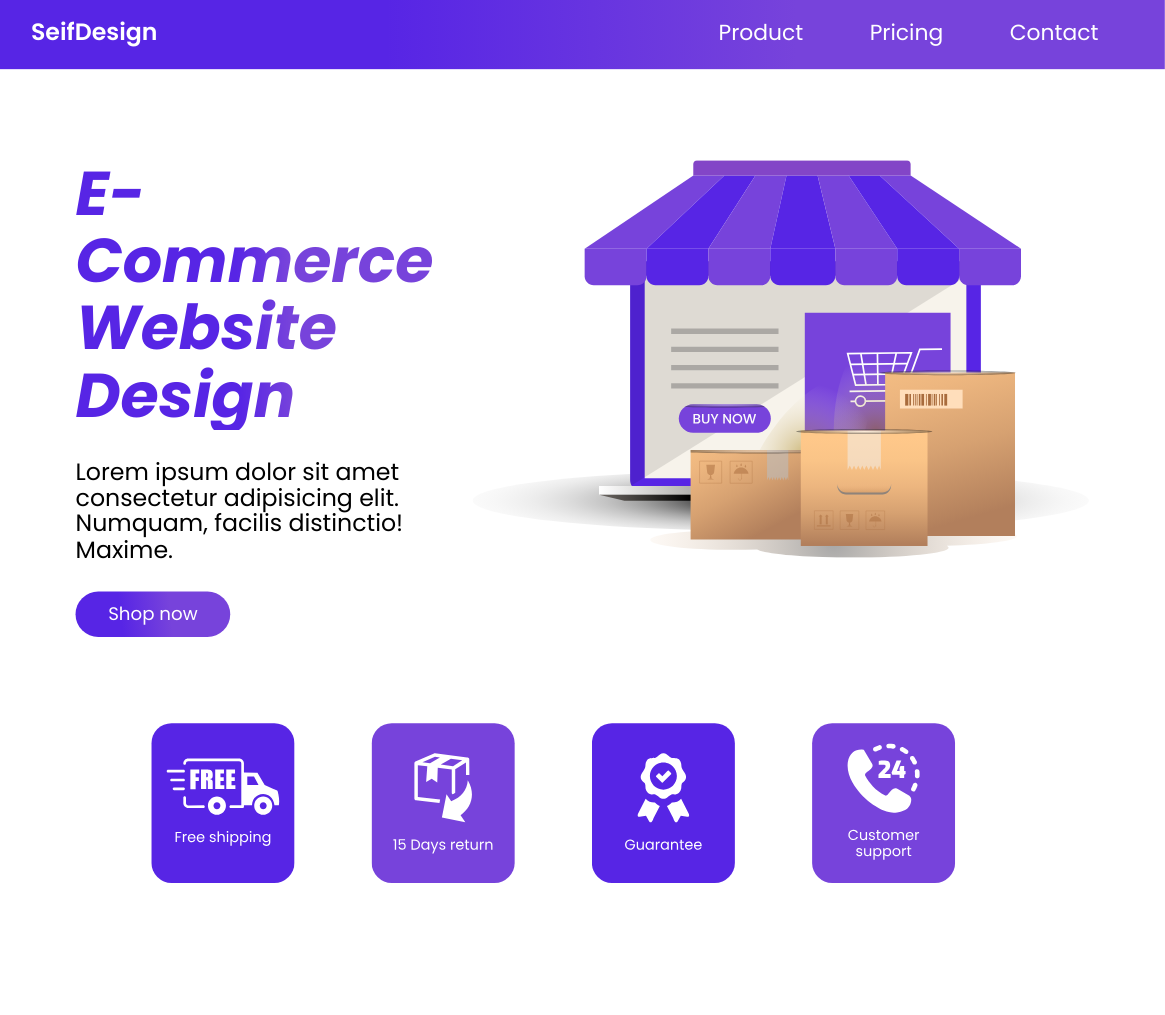
Repository: NatiqSamiyev/commers-desing-JS
Page: index.html
These files come from the project's save history. The page is drawn as it stood at one moment and after a run of saves; the edit follows.
The browser window is 1280 px wide. The pictures show the whole page, at 91% of full size.
Some web fonts or font styles are not loaded; a fallback is used.

Above is the page before, as saved 2023-11-06 12:04:06.

### index.html
<!DOCTYPE html>
<html lang="en">
  <head>
    <meta charset="UTF-8" />
    <meta name="viewport" content="width=device-width, initial-scale=1.0" />
    <title>Document</title>
    <link rel="stylesheet" href="index.css" />
  </head>
  <body>
    <div class="commerse-design-container">
      <div class="top-container">


        <nav>
          <h1>SeifDesign</h1>
          <ul>
            <li>
              <a href="#">Product</a>
            </li>
            <li>
              <a href="#">Pricing</a>
            </li>
            <li>
              <a href="#">Contact</a>
            </li>
          </ul>
          <button>
            <img src="./image/Frame 1.svg" alt="">
          </button>
        </nav>
<div class="menu-box">
  <a href="#"></a>
</div>

      </div>

      <main>
        <div class="image-container">
          <div class="box-1">
            <h2>E-Commerce Website Design</h2>
            <p>
              Lorem ipsum dolor sit amet consectetur adipisicing elit. Numquam,
              facilis distinctio! Maxime.
            </p>
            <button>
              <a href="#">Shop now</a>
            </button>
          </div>

          <div class="box-2">
            <img src="./image/Group.svg" alt="" />
          </div>
        </div>


        <div class="bottom-container">
          <div class="box-1">
            <img src="./image/Frame 12.svg" alt="" />
            <img src="./image/Frame 11.svg" alt="" />
          </div>
         <div class="box-2">
          <img src="./image/Frame 10.svg" alt="" />
          <img src="./image/Frame 13.svg" alt="" />
         </div>

        </div>
      </main>


  </body>
  <script src="./index.js"></script>
</html>

### index.css
@import url("https://fonts.googleapis.com/css2?family=Epilogue:wght@400;600;700;800;900&family=Inter:wght@400;500;600;700&family=Laila:wght@700&family=Open+Sans:wght@400;600;700;800&family=Poppins:ital,wght@0,400;0,500;0,600;0,700;1,700&family=Roboto+Slab:wght@700&family=Roboto:wght@400;700;900&display=swap");

* {
  margin: 0;
  padding: 0;
  box-sizing: border-box;
}

.commerse-design-container {
  width: 100%;
  padding: 0 0 33px 0;
  min-height: 100vh;
}

.top-container {
  width: 100%;
  padding: 16px 0 21px 34px;
  background: linear-gradient(270deg, #7743db 31.64%, #5725e5 66.78%);
}

.top-container h1 {
  color: #fff;
  font-family: Poppins;
  font-size: 26px;
  font-style: normal;
  font-weight: 600;
  line-height: normal;
}

.top-container nav {
  display: flex;
  justify-content: space-between;
  align-items: center;
}
.top-container nav button {
  background: none;
  border: none;
  display: none;
}

.top-container nav ul {
  display: flex;
}

.top-container nav ul li {
  margin-right: 73px;
  list-style-type: none;
}

.top-container nav ul li a {
  text-decoration: none;
  color: #fff;
  text-align: center;
  font-family: Poppins;
  font-size: 24px;
  font-style: normal;
  font-weight: 300;
  line-height: normal;
}

main {
  width: 100%;
  padding: 100px 83px;
}
main .image-container {
  margin-bottom: 83px;
  display: flex;
  justify-content: space-between;
}

.box-1 h2 {
  margin-bottom: 32px;
  font-family: Poppins;
  font-size: 68px;
  font-style: italic;
  font-weight: 700;
  line-height: 109%;
  background: linear-gradient(268deg, #7743db 46.2%, #5725e5 59.09%);
  background-clip: text;
  -webkit-background-clip: text;
  -webkit-text-fill-color: transparent;
}

.box-1 p {
  margin-bottom: 32px;
  color: #000;
  font-family: Poppins;
  font-size: 26px;
  font-style: normal;
  font-weight: 300;
  line-height: 109%;
}

.box-1 button {
  width: 170px;
  height: 50px;
  padding: 0px 24px;
  display: flex;
  justify-content: center;
  align-items: center;
  gap: 10px;
  border-radius: 25px;
  background: linear-gradient(263deg, #7743db 38.81%, #5725e5 70.24%);
  border: none;
}

.box-1 button a {
  text-decoration: none;
  color: #fff;
  font-family: Poppins;
  font-size: 20px;
  font-style: normal;
  font-weight: 400;
  line-height: 109%;
}

.box-2 img {
  width: 677.61px;
  height: 437.417px;
}

.bottom-container {
  display: flex;
  justify-content: center;
}

.bottom-container img {
  margin-right: 64px;
  width: 178px;
  height: 199px;
  padding: 10px;
  border-radius: 25px;
}
.bottom-container .box-1 {
  display: flex;
}

.bottom-container .box-2 {
  display: flex;
}
/* mobile design */

@media screen and (max-width: 768px) {
  .commerse-design-container {
    background-color: #ececec;
  }
.top-container{
  padding: 20px;
}
  .top-container h1 {
    font-size: 18px;

  }
  main {
    padding: 60px 20px;
    margin-bottom: 0;
  }
.top-container nav ul{
  display: none;
}
.top-container nav button {
display: block;
}
  .image-container .box-2 {
    margin-bottom: 29px;
    display: flex;
    justify-content: center;
    align-items: center;
  }
  .image-container {
    flex-direction: column-reverse;
  }
  .image-container .box-2 img {
    width: 352px;
    height: 256.511px;
  }

  .image-container .box-1 {
    width: 100%;
    display: flex;
    justify-content: center;
    flex-direction: column;
    align-items: center;
  }

  .image-container .box-1 h2 {
    width: 390px;
    text-align: center;
    font-size: 40px;
  }

  .box-1 p {
    text-align: center;
    font-size: 20px;
  }

  .bottom-container {
    margin-top: 46px;
    display: flex;
    flex-direction: column;
  }
  .bottom-container .box-2 {
    flex-direction: row-reverse;
    justify-content: center;
  }
  .bottom-container .box-1 {
    justify-content: center;
  }
  .bottom-container img {
    width: 160px;
    height: 180px;
    margin-right: 20px;
  }

  .box-1 button {
    margin-bottom: 0;
  }
}

Loaded but not shown: index.js (no stored copy; drawn as an empty file)

After the next 2 saves:
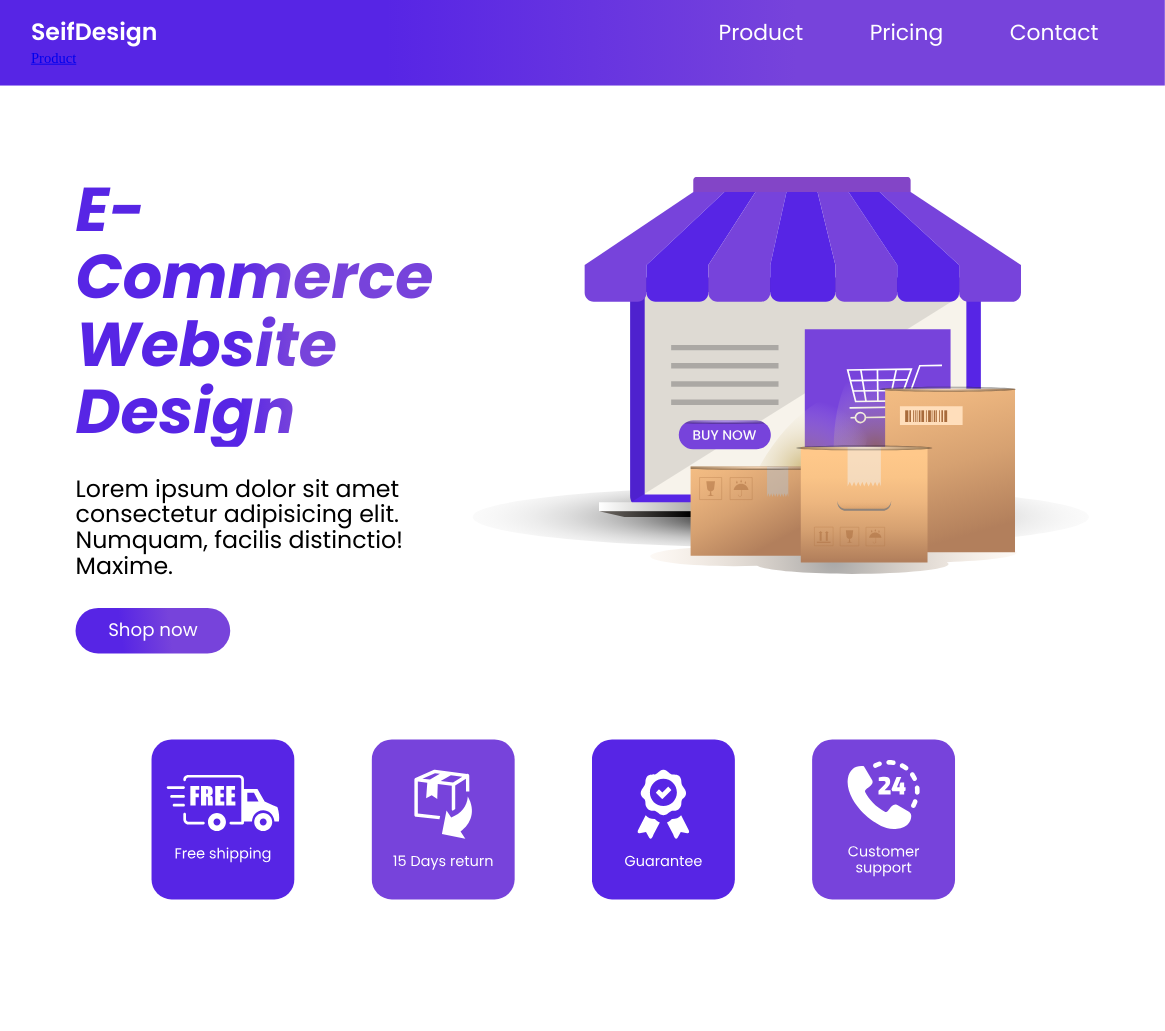
The 2 saves are shown as one change because they came seconds apart.
The last was saved 9 s later.
--- a/index.html
+++ b/index.html
@@ -29,7 +29,8 @@
           </button>
         </nav>
 <div class="menu-box">
-  <a href="#"></a>
+  <a href="#">Product</a>
+  <a href=""></a>
 </div>
 
       </div>
